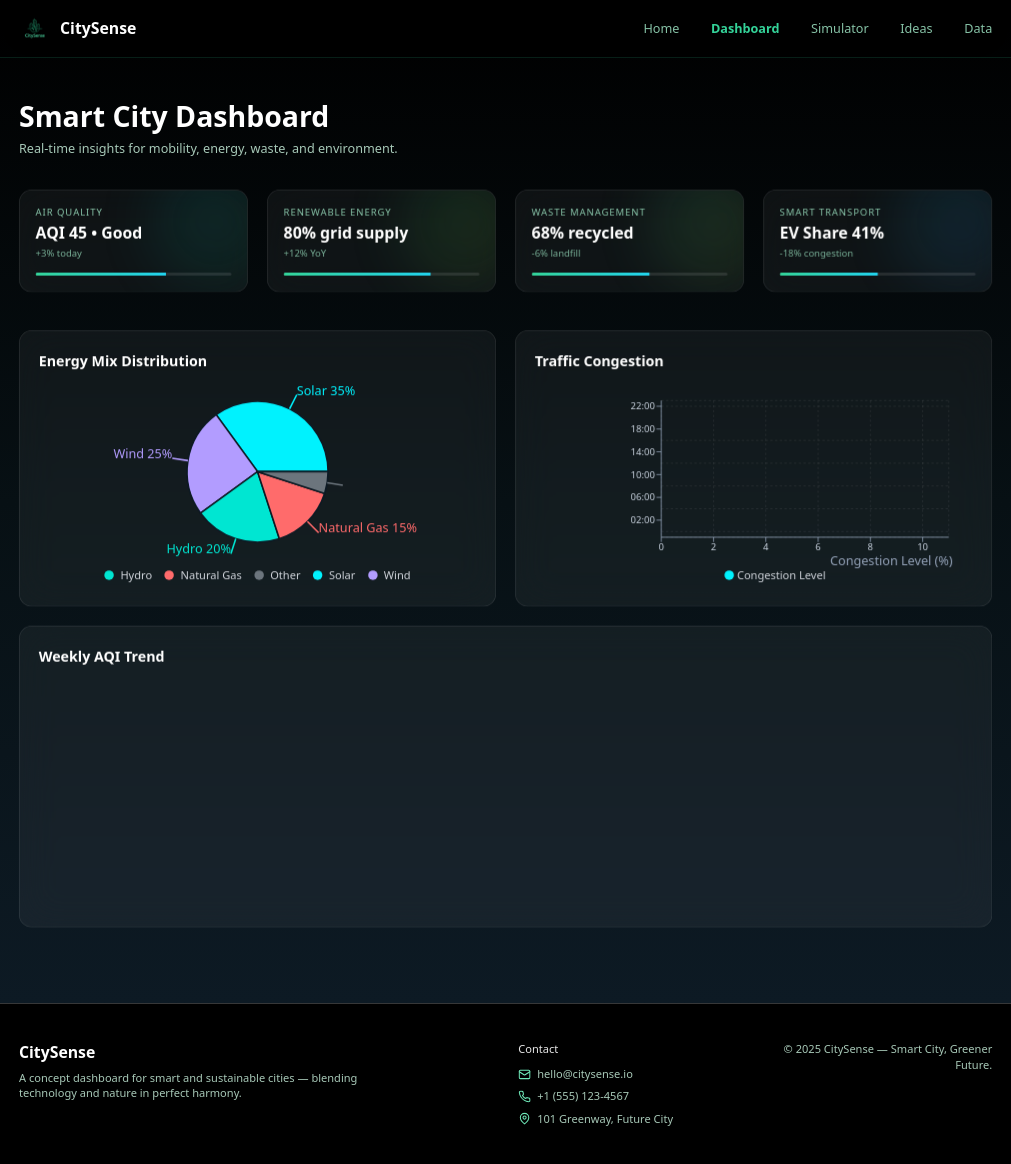
Repository: crashyet/CitySense
Page: /dashboard
The author's editor kept a copy of each file at every save. The page is drawn from the files as they stood at one save, then again after a run of saves.
The browser window is 1280 px wide. The pictures show the whole page, at 79% of full size.
The project was rebuilt for these pictures with package versions that can differ from the ones it lists, and the page was loaded fresh each time. Also part of the build but not shown: vite.config.js, src/pages/landing/Hero.jsx, src/pages/landing/DashboardPreview.jsx, src/pages/landing/Infographic.jsx, src/pages/landing/Community.jsx, src/pages/landing/index.jsx, src/pages/Simulator/index.jsx, src/pages/Ideas/index.jsx and 1 more. Imported but missing from the stored project, and not drawn on this page: src/assets/jembut.jsx.

Above is the page before, as saved 2025-11-17 14:54:48.

### src/App.jsx
import { Routes, Route } from "react-router-dom";

import Landing from "./pages/landing";
import Dashboard from "./pages/Dashboardpack";
import Simulator from "./pages/Simulator";
import Ideas from "./pages/Ideas";
import DataPage from "./pages/Data";

export default function App() {
  return (
    <Routes>
      <Route path="/" element={<Landing />} />
      <Route path="/dashboard" element={<Dashboard />} />
      <Route path="/simulator" element={<Simulator />} />
      <Route path="/ideas" element={<Ideas />} />
      <Route path="/data" element={<DataPage />} />
    </Routes>
  );
}

### src/pages/Dashboardpack/index.jsx
import Navbar from "../../components/Navbar";
import Footer from "../../components/Footer";
import EnergyPieChart from "../../components/EnergyPieChart";
import TrafficCongestionChart from "../../components/TrafficCongestionChart";
import jembut from "../../assets/jembut.jsx";

export default function Dashboardpack() {
  return (
    <>
      <Navbar />

      <div className="relative w-full bg-gradient-to-b from-black via-[#071014] to-[#0d1a24] text-white pb-24 pt-32">
        <div className="mx-auto max-w-7xl px-6">

          {/* Header */}
          <div className="mb-10">
            <h1 className="text-3xl md:text-4xl font-semibold">Smart City Dashboard</h1>
            <p className="text-emerald-100/80 mt-2">
              Real-time insights for mobility, energy, waste, and environment.
            </p>
          </div>

          {/* Top Stats */}
          <div className="grid grid-cols-1 md:grid-cols-2 lg:grid-cols-4 gap-6 mb-12">

            {/* CARD 1 */}
            <div className="group relative overflow-hidden rounded-2xl border border-white/10 bg-white/5 p-5 backdrop-blur-xl transition hover:border-emerald-300/40">
              <div className="absolute -right-10 -top-10 h-40 w-40 rounded-full bg-gradient-to-br
              from-cyan-500/30 to-emerald-500/30 opacity-40 blur-2xl" />

              <div className="relative">
                <p className="text-xs uppercase tracking-widest text-emerald-200/80">Air Quality</p>
                <p className="mt-1 text-xl font-semibold">AQI 45 • Good</p>
                <p className="text-xs text-emerald-200/70 mt-1">+3% today</p>
                <div className="mt-4 h-1 w-full bg-white/10 rounded-full overflow-hidden">
                  <div className="h-full w-2/3 bg-gradient-to-r from-emerald-400 to-cyan-400"></div>
                </div>
              </div>
            </div>

            {/* CARD 2 */}
            <div className="group relative overflow-hidden rounded-2xl border border-white/10 bg-white/5 p-5 backdrop-blur-xl transition hover:border-emerald-300/40">
              <div className="absolute -right-10 -top-10 h-40 w-40 rounded-full bg-gradient-to-br
              from-emerald-500/30 to-lime-400/30 opacity-40 blur-2xl" />

              <div className="relative">
                <p className="text-xs uppercase tracking-widest text-emerald-200/80">Renewable Energy</p>
                <p className="mt-1 text-xl font-semibold">80% grid supply</p>
                <p className="text-xs text-emerald-200/70 mt-1">+12% YoY</p>
                <div className="mt-4 h-1 w-full bg-white/10 rounded-full overflow-hidden">
                  <div className="h-full w-3/4 bg-gradient-to-r from-emerald-400 to-cyan-400"></div>
                </div>
              </div>
            </div>

            {/* CARD 3 */}
            <div className="group relative overflow-hidden rounded-2xl border border-white/10 bg-white/5 p-5 backdrop-blur-xl transition hover:border-emerald-300/40">
              <div className="absolute -right-10 -top-10 h-40 w-40 rounded-full bg-gradient-to-br
              from-teal-400/30 to-lime-400/30 opacity-40 blur-2xl" />

              <div className="relative">
                <p className="text-xs uppercase tracking-widest text-emerald-200/80">Waste Management</p>
                <p className="mt-1 text-xl font-semibold">68% recycled</p>
                <p className="text-xs text-emerald-200/70 mt-1">-6% landfill</p>
                <div className="mt-4 h-1 w-full bg-white/10 rounded-full overflow-hidden">
                  <div className="h-full w-3/5 bg-gradient-to-r from-emerald-400 to-cyan-400"></div>
                </div>
              </div>
            </div>

            {/* CARD 4 */}
            <div className="group relative overflow-hidden rounded-2xl border border-white/10 bg-white/5 p-5 backdrop-blur-xl transition hover:border-emerald-300/40">
              <div className="absolute -right-10 -top-10 h-40 w-40 rounded-full bg-gradient-to-br
              from-cyan-500/30 to-blue-500/30 opacity-40 blur-2xl" />

              <div className="relative">
                <p className="text-xs uppercase tracking-widest text-emerald-200/80">Smart Transport</p>
                <p className="mt-1 text-xl font-semibold">EV Share 41%</p>
                <p className="text-xs text-emerald-200/70 mt-1">-18% congestion</p>
                <div className="mt-4 h-1 w-full bg-white/10 rounded-full overflow-hidden">
                  <div className="h-full w-1/2 bg-gradient-to-r from-emerald-400 to-cyan-400"></div>
                </div>
              </div>
            </div>
          </div>

          {/* 2 Column Charts */}
          <div className="grid grid-cols-1 md:grid-cols-2 gap-6">

            {/* ENERGY DISTRIBUTION */}
            <div className="rounded-2xl border border-white/10 bg-white/5 p-6 backdrop-blur-xl md:col-span-1">
              <h3 className="text-lg font-semibold mb-4">Energy Mix Distribution</h3>

              <div className="h-64">
                <EnergyPieChart />
              </div>
            </div>

            {/* TRAFFIC */}
            <div className="rounded-2xl border border-white/10 bg-white/5 p-6 backdrop-blur-xl">
              <h3 className="text-lg font-semibold mb-4">Traffic Congestion</h3>
              <div className="h-64 flex items-center justify-center text-emerald-200/60">
                <TrafficCongestionChart />
              </div>
            </div>

            {/* WEEKLY AQI */}
            <div className="rounded-2xl border border-white/10 bg-white/5 p-6 backdrop-blur-xl md:col-span-2">
              <h3 className="text-lg font-semibold mb-4">Weekly AQI Trend</h3>
              <div className="h-72 flex items-center justify-center text-emerald-200/60">

              </div>
            </div>

          </div>
        </div>
      </div>

      <Footer />
    </>
  );
}

### src/components/Navbar.jsx
import { NavLink } from "react-router-dom";
import { useState } from "react";
import Logo from "../assets/logo.png"; // sesuaikan path logo

export default function Navbar() {
  const [open, setOpen] = useState(false);

  const linkClass = ({ isActive }) =>
    isActive
      ? "text-emerald-400 font-semibold"
      : "text-emerald-200/80 hover:text-white";

  return (
    <header className="fixed w-full z-50 bg-black/40 backdrop-blur-xl border-b border-emerald-400/20 px-6 py-4">
      <div className="max-w-7xl mx-auto flex justify-between items-center">

        {/* LOGO */}
        <NavLink to="/" className="flex items-center gap-3">
          <img src={Logo} className="w-10 h-10" />
          <span className="text-xl text-white font-semibold">CitySense</span>
        </NavLink>

        {/* DESKTOP NAV */}
        <nav className="hidden md:flex gap-10">
          <NavLink to="/" className={linkClass}>Home</NavLink>
          <NavLink to="/dashboard" className={linkClass}>Dashboard</NavLink>
          <NavLink to="/simulator" className={linkClass}>Simulator</NavLink>
          <NavLink to="/ideas" className={linkClass}>Ideas</NavLink>
          <NavLink to="/data" className={linkClass}>Data</NavLink>
        </nav>

        {/* MOBILE BUTTON */}
        <button className="md:hidden text-white" onClick={() => setOpen(!open)}>
          {open ? "✖" : "☰"}
        </button>
      </div>

      {/* MOBILE NAV */}
      {open && (
        <div className="md:hidden bg-black/60 backdrop-blur-lg px-6 pb-4 flex flex-col gap-3">
          <NavLink onClick={() => setOpen(false)} to="/" className="text-white">Home</NavLink>
          <NavLink onClick={() => setOpen(false)} to="/dashboard" className="text-white">Dashboard</NavLink>
          <NavLink onClick={() => setOpen(false)} to="/simulator" className="text-white">Simulator</NavLink>
          <NavLink onClick={() => setOpen(false)} to="/ideas" className="text-white">Ideas</NavLink>
          <NavLink onClick={() => setOpen(false)} to="/data" className="text-white">Data</NavLink>
        </div>
      )}
    </header>
  );
}

### src/components/Footer.jsx
import React from "react";

const Footer = () => {
  return (
    <footer id="contact" className="relative w-full bg-black text-white">
      <div className="mx-auto max-w-7xl px-6 py-12">

        <div className="grid grid-cols-1 gap-8 md:grid-cols-4">

          {/* Brand */}
          <div className="col-span-2">
            <h4 className="text-xl font-semibold">CitySense</h4>
            <p className="mt-2 max-w-md text-sm text-emerald-100/80">
              A concept dashboard for smart and sustainable cities — blending
              technology and nature in perfect harmony.
            </p>
          </div>

          {/* Contact */}
          <div>
            <p className="text-sm font-medium text-white/90">Contact</p>
            <ul className="mt-3 space-y-2 text-sm text-emerald-100/80">

              <li className="flex items-center gap-2">
                <svg xmlns="http://www.w3.org/2000/svg" width="24" height="24"
                  viewBox="0 0 24 24" fill="none" stroke="currentColor"
                  strokeWidth="2" strokeLinecap="round" strokeLinejoin="round"
                  className="lucide lucide-mail h-4 w-4 text-emerald-300">
                  <rect width="20" height="16" x="2" y="4" rx="2"></rect>
                  <path d="m22 7-8.97 5.7a1.94 1.94 0 0 1-2.06
                    0L2 7"></path>
                </svg>
                hello@citysense.io
              </li>

              <li className="flex items-center gap-2">
                <svg xmlns="http://www.w3.org/2000/svg" width="24" height="24"
                  viewBox="0 0 24 24" fill="none" stroke="currentColor"
                  strokeWidth="2" strokeLinecap="round" strokeLinejoin="round"
                  className="lucide lucide-phone h-4 w-4 text-emerald-300">
                  <path d="M22 16.92v3a2 2 0 0 1-2.18
                    2 19.79 19.79 0 0 1-8.63-3.07 19.5
                    19.5 0 0 1-6-6 19.79 19.79 0 0
                    1-3.07-8.67A2 2 0 0 1 4.11 2h3a2
                    2 0 0 1 2 1.72 12.84 12.84 0 0
                    0 .7 2.81 2 2 0 0 1-.45
                    2.11L8.09 9.91a16 16 0 0 0 6
                    6l1.27-1.27a2 2 0 0 1 2.11-.45
                    12.84 12.84 0 0 0 2.81.7A2
                    2 0 0 1 22 16.92z"></path>
                </svg>
                +1 (555) 123-4567
              </li>

              <li className="flex items-center gap-2">
                <svg xmlns="http://www.w3.org/2000/svg" width="24" height="24"
                  viewBox="0 0 24 24" fill="none" stroke="currentColor"
                  strokeWidth="2" strokeLinecap="round" strokeLinejoin="round"
                  className="lucide lucide-map-pin h-4 w-4 text-emerald-300">
                  <path d="M20 10c0 6-8 12-8
                    12s-8-6-8-12a8 8 0 0 1
                    16 0Z"></path>
                  <circle cx="12" cy="10" r="3"></circle>
                </svg>
                101 Greenway, Future City
              </li>

            </ul>
          </div>

          {/* Copyright */}
          <div className="md:text-right">
            <p className="text-sm text-emerald-100/80">
              © 2025 CitySense — Smart City, Greener Future.
            </p>
          </div>

        </div>
      </div>
    </footer>
  );
};

export default Footer;

### src/components/EnergyPieChart.jsx
// EnergyPieChart.jsx
import { PieChart, Pie, Cell, Tooltip, ResponsiveContainer, Legend } from "recharts";

const data = [
  { name: "Solar", value: 35, color: "#00f2fe" },
  { name: "Wind", value: 25, color: "#b29cff" },
  { name: "Hydro", value: 20, color: "#00e6d2" },
  { name: "Natural Gas", value: 15, color: "#ff6b6b" },
  { name: "Other", value: 5, color: "#6c757d" },
];

export default function EnergyPieChart() {
  return (
    <>
      {/* Judul Grafik */}
      {/* <h3 className="text-lg font-semibold text-cyan-300 mb-4">
        Distribusi Energi Terbarukan
      </h3> */}

      <div className="w-full h-full">
        <ResponsiveContainer width="100%" height="100%">
          <PieChart>
            <Pie
              data={data}
              dataKey="value"
              nameKey="name"
              cx="50%"
              cy="50%"
              innerRadius={0}
              outerRadius="85%"
              paddingAngle={0}
              stroke="#0d1a24" // Warna gelap untuk batas
              strokeWidth={2}
              label={({ name, percent }) => {
                const formattedPercent = (percent * 100).toFixed(0);
                return formattedPercent > 8 ? `${name}\n${formattedPercent}%` : null;
              }}
              labelLine={true}
              labelStyle={{ fill: '#e2e8f0', fontSize: 12, fontWeight: 'bold' }}
            >
              {data.map((entry, index) => (
                <Cell
                  key={`cell-${index}`}
                  fill={entry.color}
                />
              ))}
            </Pie>

            {/* Tooltip - Disesuaikan dengan tema glassmorphism */}
            <Tooltip
              contentStyle={{
                background: "rgba(15, 23, 42, 0.9)",
                border: "1px solid rgba(56, 189, 248, 0.3)",
                backdropFilter: "blur(8px)",
                color: "#e2e8f0",
                borderRadius: "8px",
                padding: "10px",
                fontSize: "13px",
                boxShadow: "0 4px 12px rgba(0,0,0,0.2)",
              }}
              itemStyle={{ color: "#00f2fe" }}
              formatter={(value) => [`${value}%`, 'Energi']}
              labelStyle={{ color: "#b29cff", fontWeight: 'bold' }}
            />

            {/* Legenda - Disesuaikan agar sesuai dengan tema dan tata letak */}
            <Legend
              layout="horizontal"
              verticalAlign="bottom"
              align="center"
              content={(props) => {
                const { payload } = props;
                return (
                  <ul className="flex flex-wrap justify-center gap-4 mt-4">
                    {payload.map((entry, index) => (
                      <li key={`item-${index}`} className="flex items-center">
                        <span
                          className="w-3 h-3 rounded-full mr-2"
                          style={{ backgroundColor: entry.color }}
                        ></span>
                        <span className="text-gray-300 text-sm">{entry.value}</span>
                      </li>
                    ))}
                  </ul>
                );
              }}
            />
          </PieChart>
        </ResponsiveContainer>
      </div>
    </>
  );
}

### src/components/WeeklyAQIChart.jsx
// src/components/WeeklyAQIChart.jsx
import { LineChart, Line, XAxis, YAxis, CartesianGrid, Tooltip, ResponsiveContainer } from "recharts";

// Data contoh untuk tren AQI mingguan
const aqiData = [
  { day: "Mon", aqi: 45 },
  { day: "Tue", aqi: 52 },
  { day: "Wed", aqi: 38 },
  { day: "Thu", aqi: 48 },
  { day: "Fri", aqi: 55 },
  { day: "Sat", aqi: 42 },
  { day: "Sun", aqi: 35 },
];

const CustomTooltip = ({ active, payload, label }) => {
  if (active && payload && payload.length) {
    return (
      <div className="bg-gray-900/90 border border-cyan-500/30 backdrop-blur-sm p-3 rounded-md text-white shadow-lg">
        <p className="text-sm font-semibold">{`Hari: ${label}`}</p>
        <p className="text-sm" style={{ color: payload[0].color }}>{`AQI: ${payload[0].value}`}</p>
      </div>
    );
  }
  return null;
};

export default function WeeklyAQIChart() {
  return (
    <>
      <h3 className="text-lg font-semibold mb-4 text-cyan-300">Weekly Air Quality Index (AQI)</h3>

      {/* Wadah fleksibel untuk grafik */}
      <div className="w-full h-full relative">
        <ResponsiveContainer width="100%" height="100%" minWidth={0} minHeight={0}>
          <LineChart
            data={aqiData}
            margin={{
              top: 20,
              right: 30,
              left: 20,
              bottom: 20,
            }}
          >
            <CartesianGrid strokeDasharray="3 3" stroke="rgba(255, 255, 255, 0.1)" />
            <XAxis
              dataKey="day"
              stroke="#94a3b8" // Warna teks dan garis sumbu
              tick={{ fill: '#cbd5e1', fontSize: 12 }} // Warna teks hari
            />
            <YAxis
              stroke="#94a3b8" // Warna teks dan garis sumbu
              tick={{ fill: '#cbd5e1', fontSize: 12 }} // Warna teks nilai AQI
              domain={[0, 100]} // Rentang AQI dari 0 hingga 100
            />
            <Tooltip content={<CustomTooltip />} /> {/* Gunakan tooltip kustom */}
            <Line
              type="monotone" // Tipe garis yang halus
              dataKey="aqi"
              name="AQI"
              stroke="#00f2fe" // Warna garis utama, biru neon
              strokeWidth={3}
              dot={{ fill: '#00f2fe', r: 5 }} // Titik data
              activeDot={{ r: 8, fill: '#b29cff' }} // Titik aktif saat hover
            />
          </LineChart>
        </ResponsiveContainer>
      </div>
    </>
  );
}

Loaded but not shown: index.html (common file); src/main.jsx (common file); src/index.css (common file); tailwind.config.js (common file); src/components/TrafficCongestionChart.jsx (97 lines, source omitted)

After the next 3 saves:
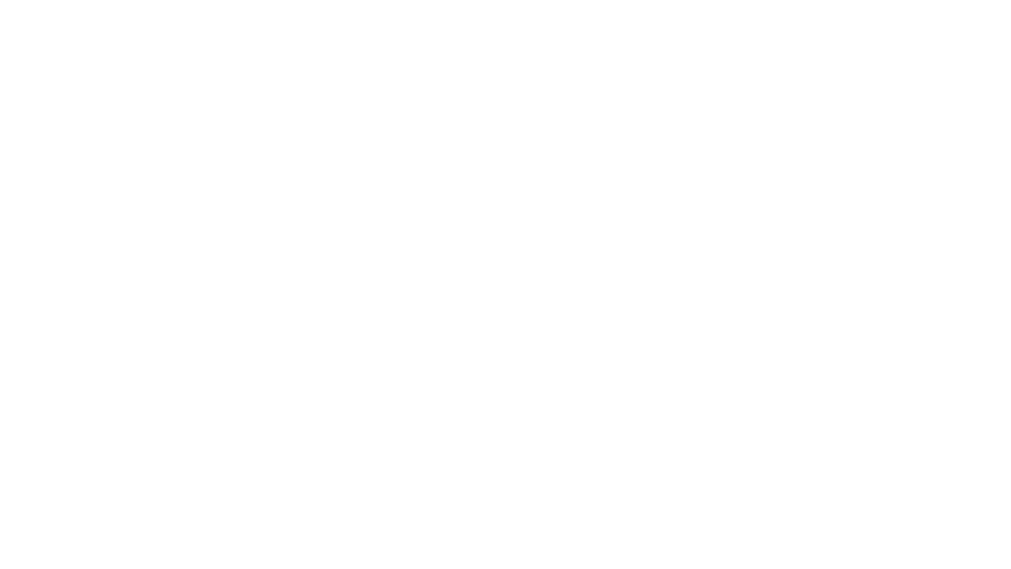
Console error: ReferenceError: WeeklyAQI is not defined
The 3 saves are shown as one change because 1 did not build or start and some came seconds apart.
The last was saved 43 s later.
--- a/src/pages/Dashboardpack/index.jsx
+++ b/src/pages/Dashboardpack/index.jsx
@@ -108,7 +108,7 @@
             <div className="rounded-2xl border border-white/10 bg-white/5 p-6 backdrop-blur-xl md:col-span-2">
               <h3 className="text-lg font-semibold mb-4">Weekly AQI Trend</h3>
               <div className="h-72 flex items-center justify-center text-emerald-200/60">
-
+                <WeeklyAQI/>
               </div>
             </div>
 

After the 6 saves that followed:
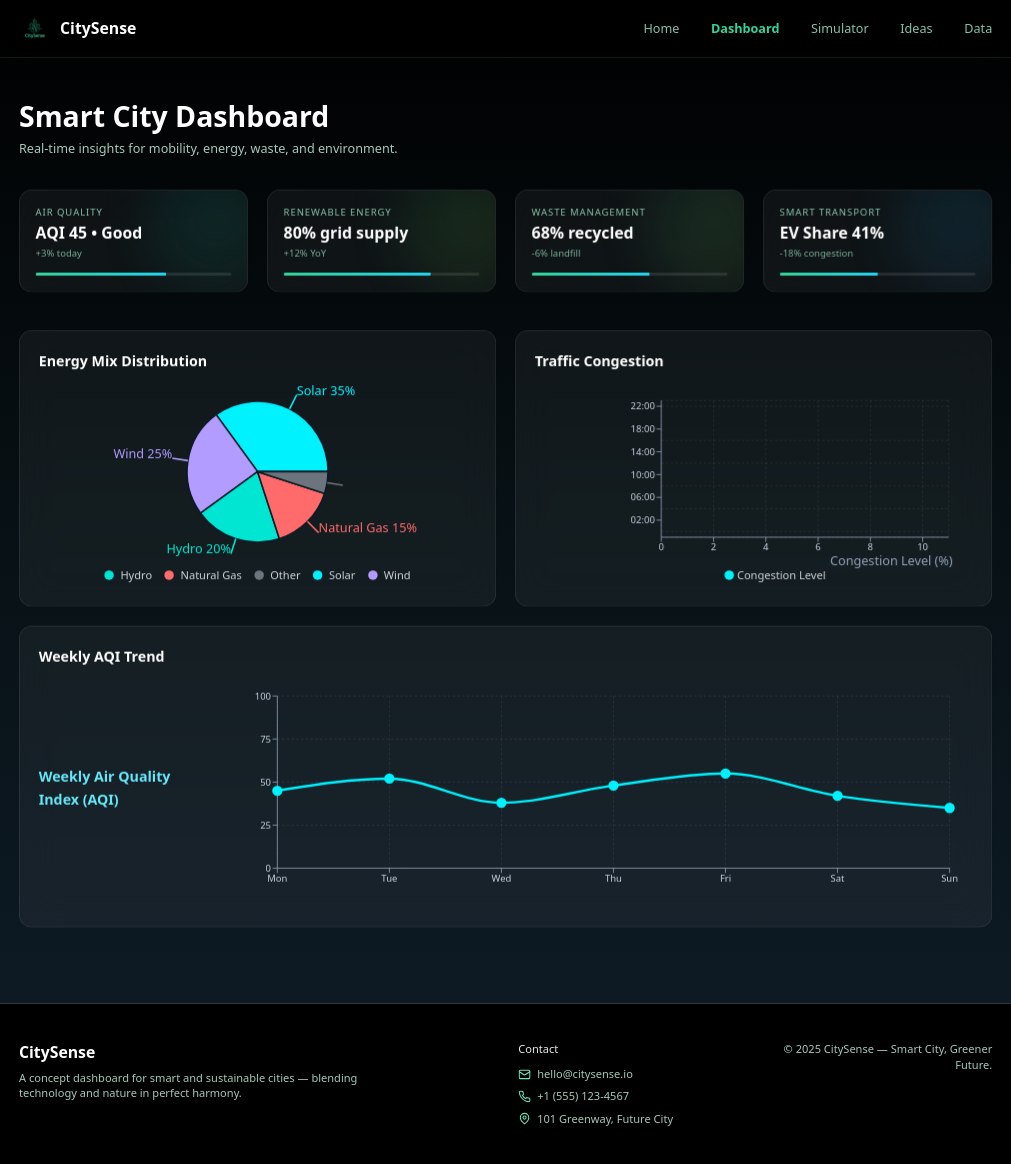
The error is gone.
The 6 saves are shown as one change because 3 left the picture as it was and some came seconds apart.
The last was saved 101 s later.
--- a/src/pages/Dashboardpack/index.jsx
+++ b/src/pages/Dashboardpack/index.jsx
@@ -2,7 +2,7 @@
 import Footer from "../../components/Footer";
 import EnergyPieChart from "../../components/EnergyPieChart";
 import TrafficCongestionChart from "../../components/TrafficCongestionChart";
-import jembut from "../../assets/jembut.jsx";
+import WeeklyAQIChart from "../../components/WeeklyAQIChart";
 
 export default function Dashboardpack() {
   return (
@@ -108,7 +108,7 @@
             <div className="rounded-2xl border border-white/10 bg-white/5 p-6 backdrop-blur-xl md:col-span-2">
               <h3 className="text-lg font-semibold mb-4">Weekly AQI Trend</h3>
               <div className="h-72 flex items-center justify-center text-emerald-200/60">
-                <WeeklyAQI/>
+                <WeeklyAQIChart />
               </div>
             </div>
 
